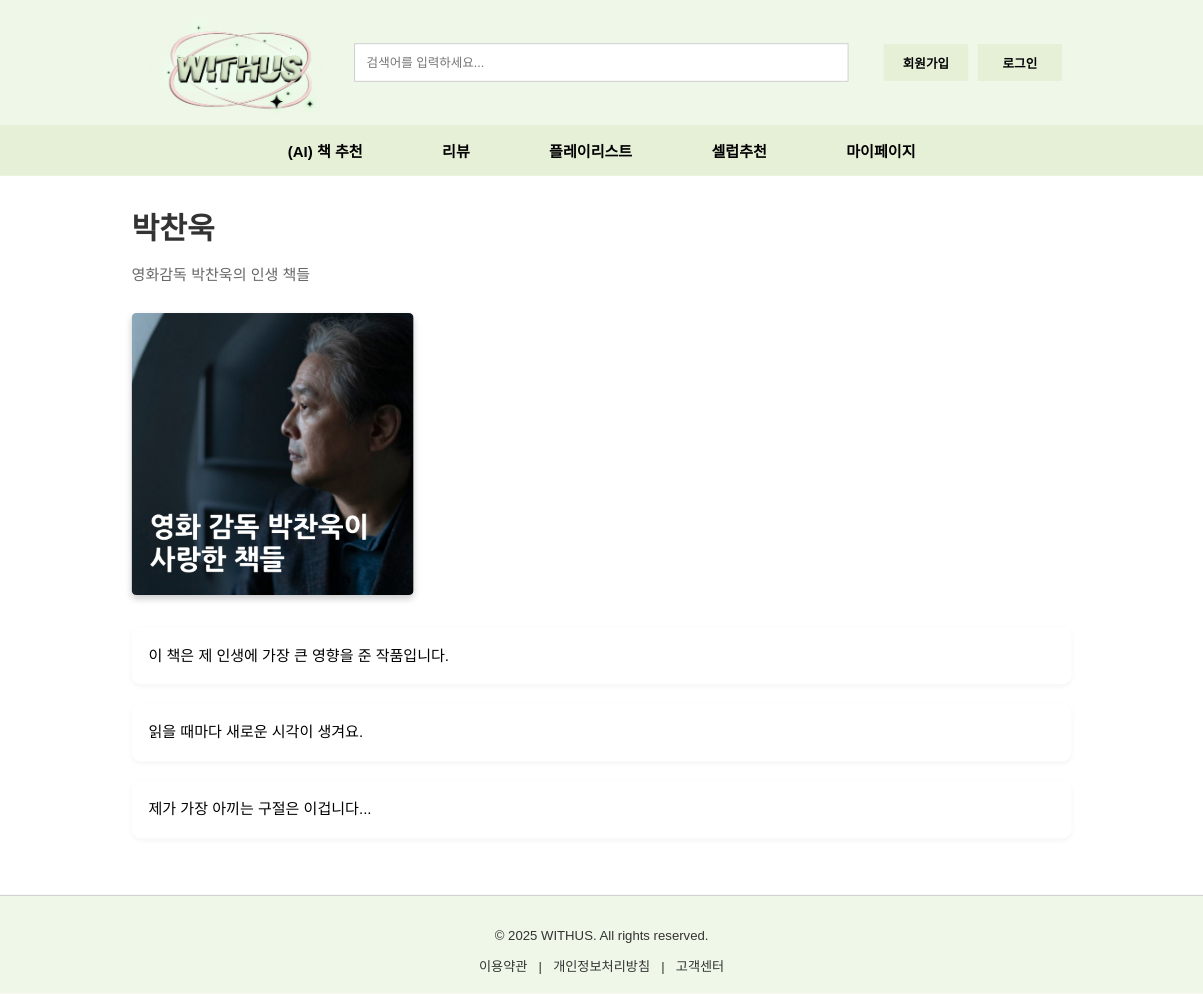
Repository: book-recommendation-team/book_recommendation_web_project
Page: http://localhost/2025_teamproject/celebDetail
The author's editor kept a copy of each file at every save. The page is drawn from the files as they stood at one save, then again after the next save.
The browser window is 1280 px wide. The pictures show the whole page, at 94% of full size.
The page is served by Tomcat 9. Other server files are loaded and not shown.

Above is the page before, as saved 2025-07-02 06:48:10.

### 2025_teamproject/src/main/webapp/celebDetail.jsp
<%@ page language="java" contentType="text/html; charset=UTF-8"
	pageEncoding="UTF-8"%>
<%@ taglib uri="http://java.sun.com/jsp/jstl/core" prefix="c" %>

<!DOCTYPE html>
<html>
<link rel="stylesheet"
	href="https://cdnjs.cloudflare.com/ajax/libs/font-awesome/6.5.0/css/all.min.css" />
<link rel="stylesheet" href="./css/celebList.css" />
<%@ include file="css/main_css.jsp"%>
<link rel="icon" href="img/icon2.png" type="image/x-icon">
<head>
<meta charset="UTF-8">
<title>Insert title here</title>
<style>
body {
	font-family: 'Arial', sans-serif;
	margin: 0;
	padding: 0;
	background-color: #fff;
	padding: 0;
}

.container {
	max-width: 1000px;
	margin: 30px auto;
}

h1 {
	font-size: 2rem;
	margin-bottom: 10px;
	color: #333;
}

.desc {
	font-size: 1rem;
	color: #666;
}

.thumbnail-container {
	text-align: left;
	margin: 30px 0;
}

.thumbnail-container img {
	width: 300px;
	height: auto;
	border-radius: 5px;
	box-shadow: 0 4px 8px rgba(0, 0, 0, 0.2);
}

.content-blocks {
	margin-top: 30px;
}

.text-block {
	background-color: #fff;
	border-radius: 10px;
	padding: 18px;
	margin-bottom: 20px;
	font-size: 1rem;
	line-height: 1.6;
	box-shadow: 0 2px 6px rgba(0, 0, 0, 0.05);
}
</style>
</head>
<body>
	<header>
		<div id="logo">
			<a href="main.jsp"> <img src="img/logo.png" alt="로고">
			</a>
		</div>

		<div class="search-group">
			<input type="text" id="search-box" placeholder="검색어를 입력하세요..." />
			<button id="search-btn">검색</button>
		</div>
		<div id="user-buttons">
			<button id="join-btn" onclick="location.href='join.jsp'">회원가입</button>
			<button id="login-btn" onclick="location.href='Login.jsp'">로그인</button>
		</div>
	</header>

	<nav>
		<a href="#">(AI) 책 추천</a> <a
			href="${pageContext.request.contextPath}/reviewList">리뷰</a> <a
			href="#">플레이리스트</a> <a
			href="${pageContext.request.contextPath}/celebList">셀럽추천</a> <a
			href="#">마이페이지</a>
	</nav>

	<div class="container">

<%
    // 테스트용 dummy 데이터
    request.setAttribute("celebName", "박찬욱");
    request.setAttribute("celebDescription", "영화감독 박찬욱의 인생 책들");
    request.setAttribute("thumbnail", request.getContextPath() + "/img/박찬욱.jpg");
    request.setAttribute("contentBlocks", new String[]{
        "이 책은 제 인생에 가장 큰 영향을 준 작품입니다.",
        "읽을 때마다 새로운 시각이 생겨요.",
        "제가 가장 아끼는 구절은 이겁니다..."
    });
%>

		<h1>${celebName}</h1>
		<p class="desc">${celebDescription}</p>

		<div class="thumbnail-container">
			<img src="${thumbnail}" alt="셀럽 썸네일">
		</div>

		<div class="content-blocks">
			<c:forEach var="block" items="${contentBlocks}">
				<div class="text-block">${block}</div>
			</c:forEach>
		</div>


	</div>
	<footer>
		<div class="footer-container">
			<p>&copy; 2025 WITHUS. All rights reserved.</p>
			<div class="footer-links">
				<a href="#">이용약관</a> | <a href="#">개인정보처리방침</a> | <a href="#">고객센터</a>
			</div>
		</div>
	</footer>
</body>
</html>

### 2025_teamproject/src/main/webapp/css/main_css.jsp
<%@ page language="java" contentType="text/html; charset=UTF-8"
    pageEncoding="UTF-8"%>
<!DOCTYPE html>
<style>
  /* 기본 스타일 (기존 유지) */
body {
    font-family: 'Arial', sans-serif;
    margin: 0;
    padding: 0;
    background-color: #fff;
}

header {
    display: flex;
    justify-content: space-between;
    align-items: center;
    background-color: #eff7e8;
    padding: 0px;
}

#logo img {
    width: 200px;
    height: auto;
    margin-left: 150px;
}

#logo a img {
    cursor: pointer;
}

#search-box {
    padding: 12px;
    width: 500px;
    border: 1px solid #ccc;
    position: absolute;
    left: 50%;
    transform: translateX(-50%);
}

.search-group {
    position: absolute;
    left: 50%;
    transform: translateX(-50%);
    display: flex;
    align-items: center;
}

#search-btn {
    background-color: #e6f0d7;
    border: none;
    padding: 10px 16px;
    margin-left: 8px;
    font-weight: bold;
    cursor: pointer;
    border-radius: 4px;
}

#search-btn:hover {
    background-color: #cce0b8;
}

#logout-btn,
#user-buttons button {
    background-color: #e6f0d7;
    border: none;
    padding: 10px 16px;
    cursor: pointer;
    width: 90px;
    font-weight: bold;
}

nav {
    background-color: #e6f0d7;
    text-align: center;
    padding: 15px 0;
}

nav a {
    text-decoration: none;
    margin: 0 40px;
    color: #000;
    font-weight: bold;
}

nav a:hover {
    text-decoration: underline;
}

#user-buttons {
    display: flex;
    gap: 10px;
    margin-right: 150px;
}

.banner {
    position: relative;
    width: 100%;
    height: 650px;
    overflow: hidden;
    background-color: #ffe04d;
}

.banner img {
    position: absolute;
    top: 0;
    left: 0;
    width: 100%;
    height: 100%;
    object-fit: cover;
    object-position: center center;
    opacity: 0.8;
    z-index: 1;
}

.banner-controls {
    position: absolute;
    bottom: 10px;
    right: 10px;
    z-index: 3;
    display: flex;
    gap: 6px;
}

.banner-controls button {
    background-color: rgba(255, 193, 7, 0.9);
    border: none;
    padding: 6px 8px;
    font-size: 14px;
    border-radius: 5px;
    cursor: pointer;
    color: #000;
    transition: background-color 0.3s ease;
}

.banner-controls button:hover {
    background-color: rgba(255, 160, 0, 0.95);
}

.section-title {
    background-color: #e6f0d7;
    display: flex;
    justify-content: center;
    flex-wrap: wrap;
    gap: 34px;
    padding: 18px 0;
     width: 100%;        /* ✅ 추가 */
    margin: 8px 0;      /* ✅ 가운데 정렬 제거 */
}

.section-title a {
    text-decoration: none;
    margin: 0 20px;
    color: #000;
    font-weight: bold;
}

.section-title a:hover {
    text-decoration: underline;
}

.main_list {
    padding: 20px;
    text-align: center;
}

.tag-list {
    display: flex;
    justify-content: center;
    flex-wrap: wrap;
    gap: 12px;
    margin: 20px 0;
}

.tag-button {
    background-color: #e6f0d7; /* 기본 연그린 */
    border: 1px solid transparent;
    padding: 8px 16px;
    border-radius: 20px;
    font-size: 14px;
    color: #446b3c; /* 그린 계열 텍스트 */
    cursor: pointer;
    font-weight: 600;
    transition: background-color 0.3s, color 0.3s, border 0.3s;
    outline: none;
}

.tag-button:hover {
    background-color: #d0e6c5;             /* hover 시 약간 더 진한 그린 */
    color: #2e4f25;
}

.tag-button.active {
    background-color: #c0dab0;             /* 클릭됐을 때 조금 더 강조 */
    border: 1px solid #8cb78a;             /* 테두리도 자연스러운 초록 */
    color: #2e4f25;                        /* 글자도 어울리는 진한 그린 */
}

.tag-button:focus {
    outline: none;
    box-shadow: none;
}

/* 책 슬라이더 스타일 */
.book-carousel {
    position: relative;
    max-width: 1000px;
    margin: 0 auto 40px auto;
    overflow: hidden;
}

.carousel-window {
    width: 1000px;
    overflow: hidden;
    margin: 0 auto;
}

.carousel-track {
    display: flex;
    transition: transform 0.5s ease;
}

/* 이전/다음 버튼 - 위치 고정, 색상 조정 */
.carousel-btn {
    position: absolute;
    top: 50%;
    transform: translateY(-50%);
    font-size: 26px;
    background-color: #f3f8ef;
    border: none;
    color: #444;
    cursor: pointer;
    padding: 8px 12px;
    border-radius: 50%;
    z-index: 2;
    display: flex;
    align-items: center;
    justify-content: center;
    transition: background-color 0.3s, color 0.3s;
    user-select: none;
}

.carousel-btn:hover {
    background-color: #c8dfb5;
    color: #000;
}

.carousel-btn.prev {
    left: 10px;
}

.carousel-btn.next {
    right: 10px;
}

.book-item {
    flex: 0 0 25%;
    text-align: center;
    padding: 10px;
    box-sizing: border-box;
}

.book-item img {
    width: 180px;
    height: 260px;
    object-fit: cover;
    border-radius: 6px;
}

.book-info {
    margin-top: 8px;
}

.book-title {
    font-size: 14px;
    font-weight: bold;
    margin-top: 10px;
    color: #444;
}

.book-author {
    font-size: 12px;
    color: #666;
}

footer {
    background-color: #eff7e8;
    color: #333;
    padding: 20px 0;
    text-align: center;
    font-size: 14px;
    border-top: 1px solid #ccc;
    margin-top: 60px;
}

.footer-container {
    max-width: 1000px;
    margin: 0 auto;
}

.footer-links a {
    color: #333;
    text-decoration: none;
    margin: 0 8px;
}

.footer-links a:hover {
    text-decoration: underline;
}

 /* 이전/다음 버튼 스타일 */
#carousel-prev-btn, #carousel-next-btn {
    font-size: 18px;
    padding: 5px 12px;
    margin: 10px 5px 20px 5px;
    cursor: pointer;
    border: 1px solid #446b3c;
    background: white;
    color: #446b3c;
    border-radius: 4px;
}
#carousel-prev-btn:hover, #carousel-next-btn:hover {
    background-color: #446b3c;
    color: white;
}
</style>

### 2025_teamproject/src/main/java/servlet/celebDetailServlet.java
package servlet;

import java.io.IOException;
import java.util.ArrayList;

import javax.servlet.RequestDispatcher;
import javax.servlet.ServletException;
import javax.servlet.annotation.WebServlet;
import javax.servlet.http.HttpServlet;
import javax.servlet.http.HttpServletRequest;
import javax.servlet.http.HttpServletResponse;

import dto.CelebRecommendations;

@WebServlet("/celebDetail")
public class celebDetailServlet extends HttpServlet {
	protected void doGet(HttpServletRequest request, HttpServletResponse response) throws ServletException, IOException {
        ArrayList<CelebRecommendations> celebDetail = new ArrayList<>();

        celebDetail.add(new CelebRecommendations(1, "박찬욱", "영화감독 박찬욱이 추천한 책 모음", request.getContextPath() + "/img/박찬욱.jpg", null));

        request.setAttribute("celebDetail", celebDetail);

        RequestDispatcher dispatcher = request.getRequestDispatcher("/celebDetail.jsp");
        dispatcher.forward(request, response);
	}
}

### 2025_teamproject/src/main/java/dto/CelebRecommendations.java
package dto;

import java.util.Date;

public class CelebRecommendations {
	private int celeb_rec_id;
	private String celeb_name;
	private String celeb_description;
	private String celeb_image_url;
	private Date recommend_date;

	public int getCeleb_rec_id() {
		return celeb_rec_id;
	}
	public void setCeleb_rec_id(int celeb_rec_id) {
		this.celeb_rec_id = celeb_rec_id;
	}
	public String getCeleb_name() {
		return celeb_name;
	}
	public void setCeleb_name(String celeb_name) {
		this.celeb_name = celeb_name;
	}
	public String getCeleb_description() {
		return celeb_description;
	}
	public void setCeleb_description(String celeb_description) {
		this.celeb_description = celeb_description;
	}
	public String getCeleb_image_url() {
		return celeb_image_url;
	}
	public void setCeleb_image_url(String celeb_image_url) {
		this.celeb_image_url = celeb_image_url;
	}
	public Date getRecommend_date() {
		return recommend_date;
	}
	public void setRecommend_date(Date recommend_date) {
		this.recommend_date = recommend_date;
	}
	public CelebRecommendations(int celeb_rec_id, String celeb_name, String celeb_description, String celeb_image_url,
			Date recommend_date) {
		super();
		this.celeb_rec_id = celeb_rec_id;
		this.celeb_name = celeb_name;
		this.celeb_description = celeb_description;
		this.celeb_image_url = celeb_image_url;
		this.recommend_date = recommend_date;
	}
	public CelebRecommendations() {
		super();
	}

	@Override
	public String toString() {
		return "CelebRecommendations [celeb_rec_id=" + celeb_rec_id + ", celeb_name=" + celeb_name
				+ ", celeb_description=" + celeb_description + ", celeb_image_url=" + celeb_image_url
				+ ", recommend_date=" + recommend_date + "]";
	}


}

### 2025_teamproject/src/main/webapp/css/celebList.css
@charset "UTF-8";

body {
	font-family: 'Arial', sans-serif;
	margin: 0;
	padding : 0;
	background-color: #fff;
	padding: 0;
}

.container {
	max-width: 1200px;
	margin: 30px auto;
}

.grid {
	display: grid;
	grid-template-columns: repeat(auto-fill, minmax(220px, 1fr));
	gap: 30px;
}

.card {
	margin-top: 20px;
	position: relative;
	background-color: #fff;
	border-radius: 5px;
	overflow: hidden;
	box-shadow: 0 4px 10px rgba(0, 0, 0, 0.08);
	transition: transform 0.2s ease;
	text-decoration: none;
	color: #000;
}

.card:hover {
	transform: translateY(-2px);
}

.card img {
	width: 100%;
	height: 260px;
	object-fit: cover;
}

.card-content {
	padding: 12px 14px;
}

.card-title {
	font-size: 1rem;
	font-weight: bold;
	margin-bottom: 5px;
}

.card-desc {
	font-size: 0.875rem;
	color: #555;
	line-height: 1.4;
	height: 2.6em;
	overflow: hidden;
	text-overflow: ellipsis;
}

/* 북마크 아이콘 */
.bookmark-icon {
	position: absolute;
	top: 12px;
	right: 12px;
	font-size: 1.2rem;
	color: rgba(255, 255, 255, 0.5);
	padding: 6px;
	border-radius: 50%;
	transition: color 0.2s ease;
}

.bookmark-icon:hover {
	color: #fff;
}

#topBtn {
	position: fixed;
	bottom: 40px;
	right: 40px;
	z-index: 9999;
	background-color: white;
	color: gray;
	border: none;
	border-radius: 50%;
	padding: 16px 18px;
	cursor: pointer;
	box-shadow: 0 8px 8px rgba(0,0,0,0.4);
	font-size: 1.5rem;
}

After the next save:
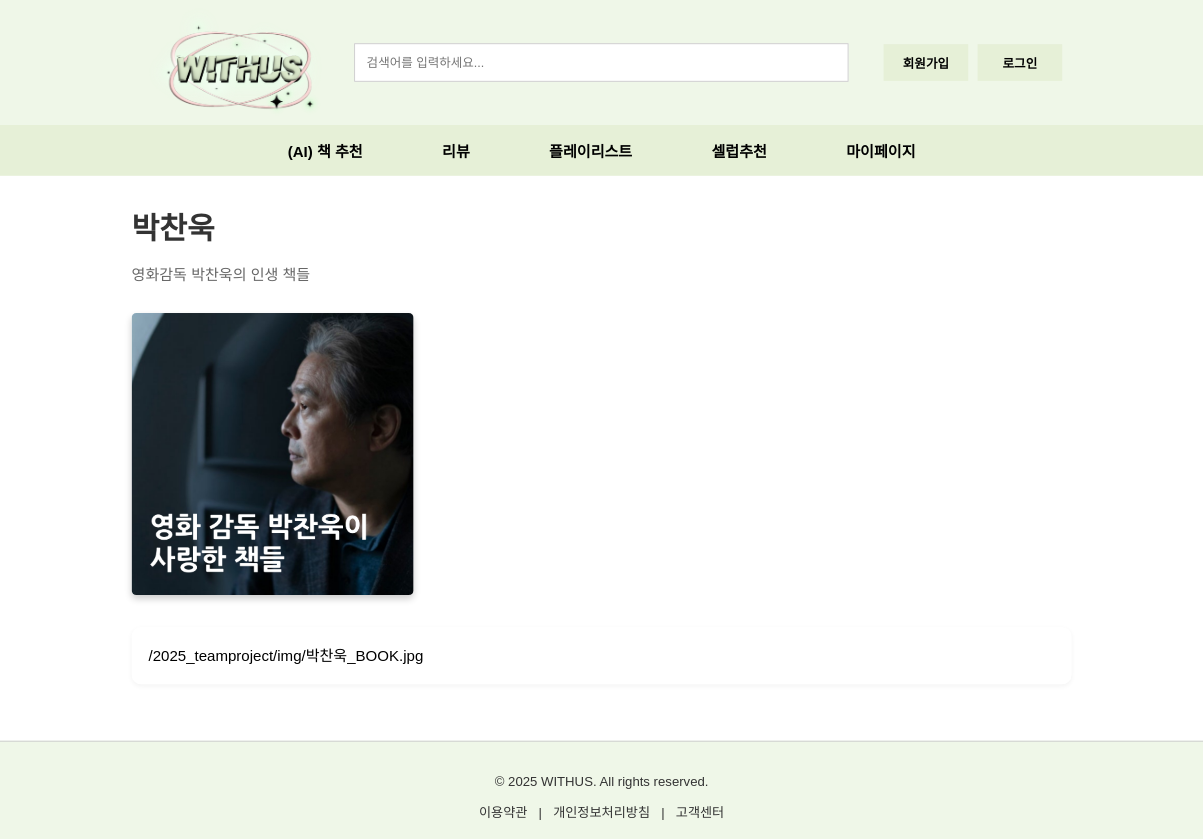
Saved 60 min 16 s later.
--- a/2025_teamproject/src/main/webapp/celebDetail.jsp
+++ b/2025_teamproject/src/main/webapp/celebDetail.jsp
@@ -96,11 +96,7 @@ h1 {
     request.setAttribute("celebName", "박찬욱");
     request.setAttribute("celebDescription", "영화감독 박찬욱의 인생 책들");
     request.setAttribute("thumbnail", request.getContextPath() + "/img/박찬욱.jpg");
-    request.setAttribute("contentBlocks", new String[]{
-        "이 책은 제 인생에 가장 큰 영향을 준 작품입니다.",
-        "읽을 때마다 새로운 시각이 생겨요.",
-        "제가 가장 아끼는 구절은 이겁니다..."
-    });
+    request.setAttribute("contentBlocks", request.getContextPath() + "/img/박찬욱_BOOK.jpg");
 %>
 
 		<h1>${celebName}</h1>
